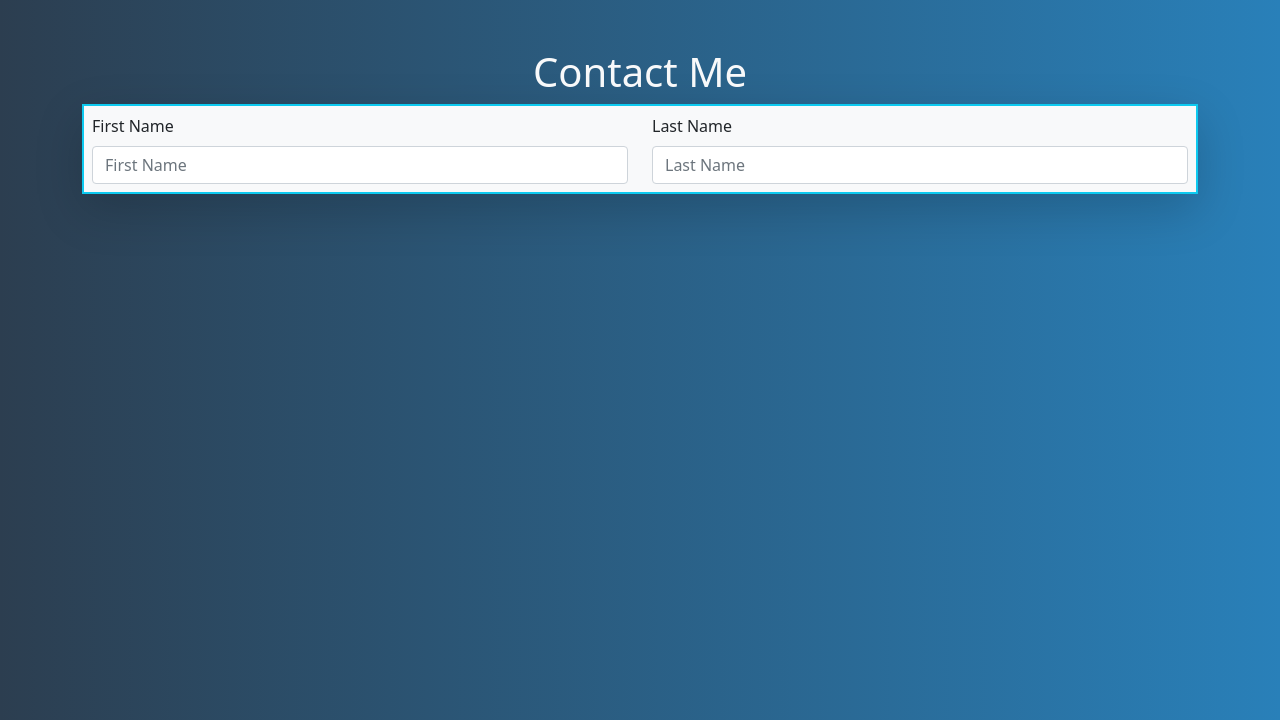
Repository: norman0286/formContactMe
Page: contactForm.html
The author's editor kept a copy of each file at every save. The page is drawn from the files as they stood at one save, then again after the next save.
The browser window is 1280 px wide. The pictures show the whole page.

Above is the page before, as saved 2023-04-20 08:41:46.

After the next save:
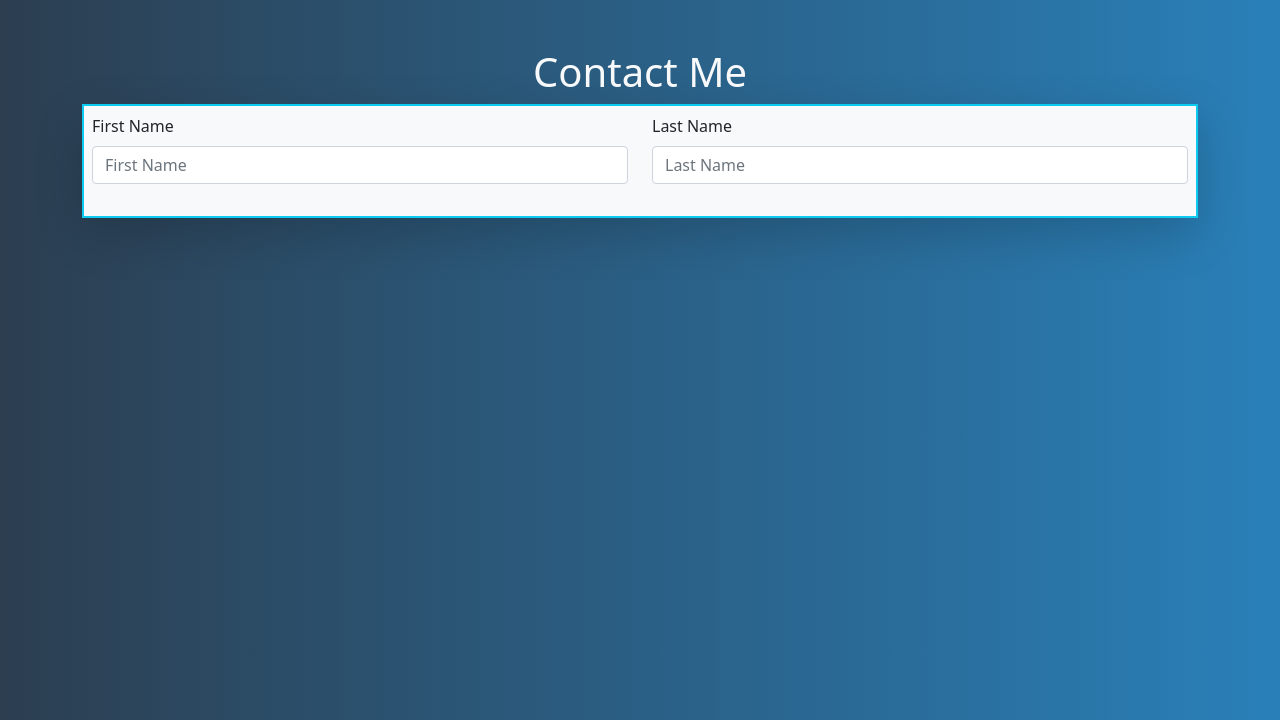
Saved 16 min 47 s later.
--- a/contactForm.html
+++ b/contactForm.html
@@ -48,6 +48,11 @@
               />
             </div>
           </div>
+          <div class="row">
+            <div class="col">
+              <label class="form-label"></label>
+            </div>
+          </div>
         </form>
       </div>
     </div>
